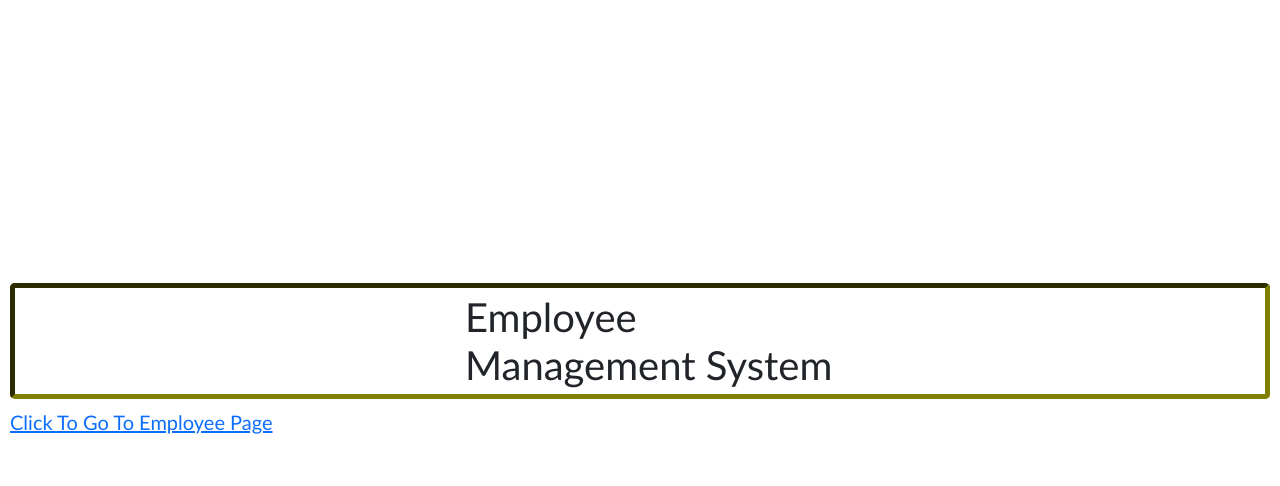
Repository: prieeyatambe/priyatambe_SpringMavenHibernate
Page: http://localhost/Project/
An editor plug-in stored every save of this project. The page is shown before and after the next save, followed by the edit.
The browser window is 1280 px wide. The pictures show the whole page.
The page is served by Tomcat 9. Other server files are loaded and not shown.

Above is the page before, as saved 2024-03-06 07:26:37.

### SpringMaven/mavenproject/Project/src/main/webapp/index.jsp
<html>
<head>
<link href="https://cdn.jsdelivr.net/npm/bootstrap@5.0.2/dist/css/bootstrap.min.css" rel="stylesheet">
<style type="text/css">
body{
	align-content: center;
	margin:10px
}
h2{
	font-size: 40px;
	font-family: 'Trebuchet MS', 'Lucida Sans Unicode', 'Lucida Grande', 'Lucida Sans', Arial, sans-serif;
	border: 5px olive inset;
	padding: 5px 400px 5px 450px;
	border-radius: 5px;
}
a{
    font-family: 'Trebuchet MS', 'Lucida Sans Unicode', 'Lucida Grande', 'Lucida Sans', Arial, sans-serif;
	font-size: 20px
}
a:hover{
	color: teal;
}
</style>
</head>
<body>
<h2>Employee Management System</h2>
<a href="list">Click To Go To Employee Page</a>
</body>
</html>

After the next save:
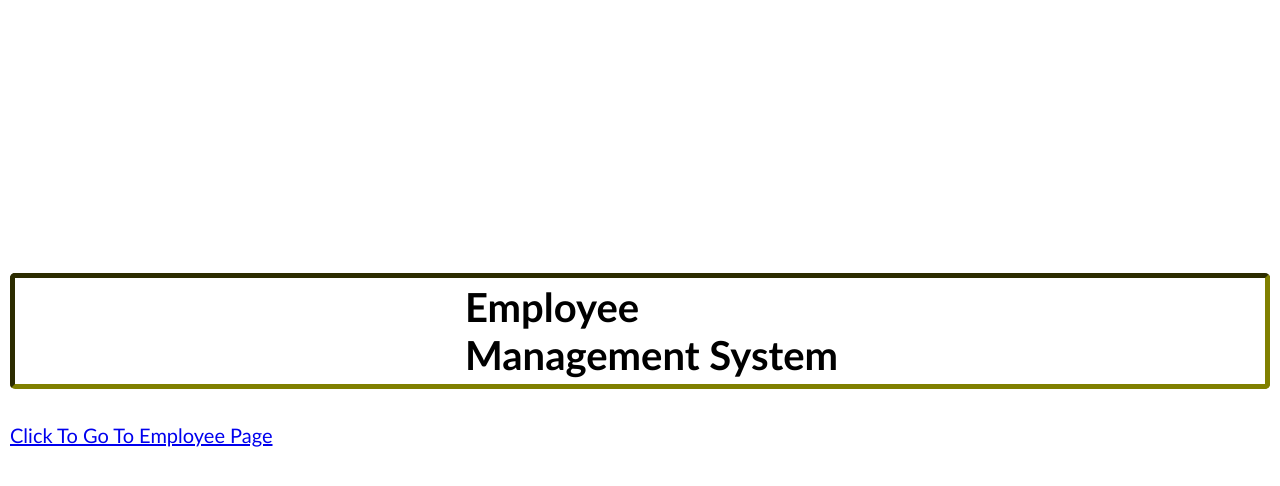
Saved 8 s later.
--- a/SpringMaven/mavenproject/Project/src/main/webapp/index.jsp
+++ b/SpringMaven/mavenproject/Project/src/main/webapp/index.jsp
@@ -1,6 +1,5 @@
 <html>
 <head>
-<link href="https://cdn.jsdelivr.net/npm/bootstrap@5.0.2/dist/css/bootstrap.min.css" rel="stylesheet">
 <style type="text/css">
 body{
 	align-content: center;
